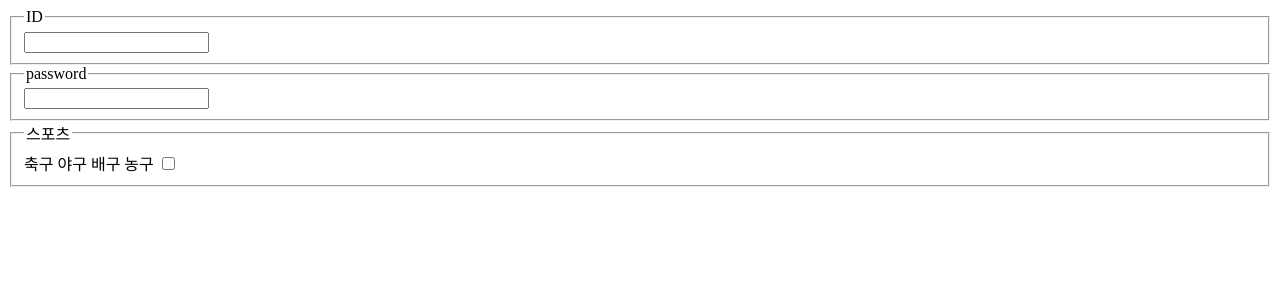
Repository: mireu930/Serverlet_App
Page: src/build/classes/webapp/template/sample_form.html
The author's editor kept a copy of each file at every save. The page is drawn from the files as they stood at one save, then again after the next save.
The browser window is 1280 px wide. The pictures show the whole page.

Above is the page before, as saved 2025-02-07 16:09:58.

### src/build/classes/webapp/template/sample_form.html
<!DOCTYPE html>
<html lang="en">
<head>
  <meta charset="UTF-8">
  <meta name="viewport" content="width=device-width, initial-scale=1.0">
  <title>Document</title>
</head>
<body>
  <form>
    <fieldset>
      <legend>ID</legend>
      <input type = "text">
    </fieldset>
    <fieldset>
      <legend>password</legend>
      <input type = "password">

    </fieldset>
    <fieldset>
      <legend>
        스포츠
      </legend>
      <label>축구</label>
      <label>야구</label>
      <label>배구</label>
      <label>농구</label>
      <input type = "checkbox" value="축구">
    </fieldset>
  </form>
</body>
</html>

After the next save:
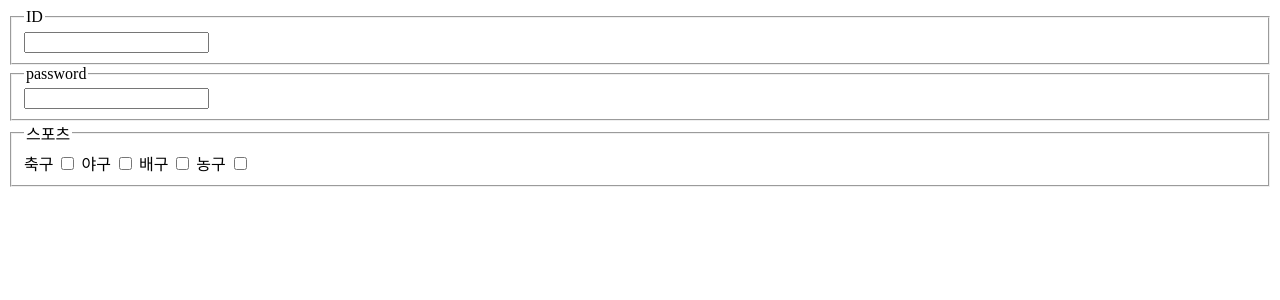
Saved 32 s later.
--- a/src/build/classes/webapp/template/sample_form.html
+++ b/src/build/classes/webapp/template/sample_form.html
@@ -21,10 +21,13 @@
         스포츠
       </legend>
       <label>축구</label>
+      <input type = "checkbox">
       <label>야구</label>
+      <input type = "checkbox">
       <label>배구</label>
+      <input type = "checkbox">
       <label>농구</label>
-      <input type = "checkbox" value="축구">
+      <input type = "checkbox">
     </fieldset>
   </form>
 </body>
